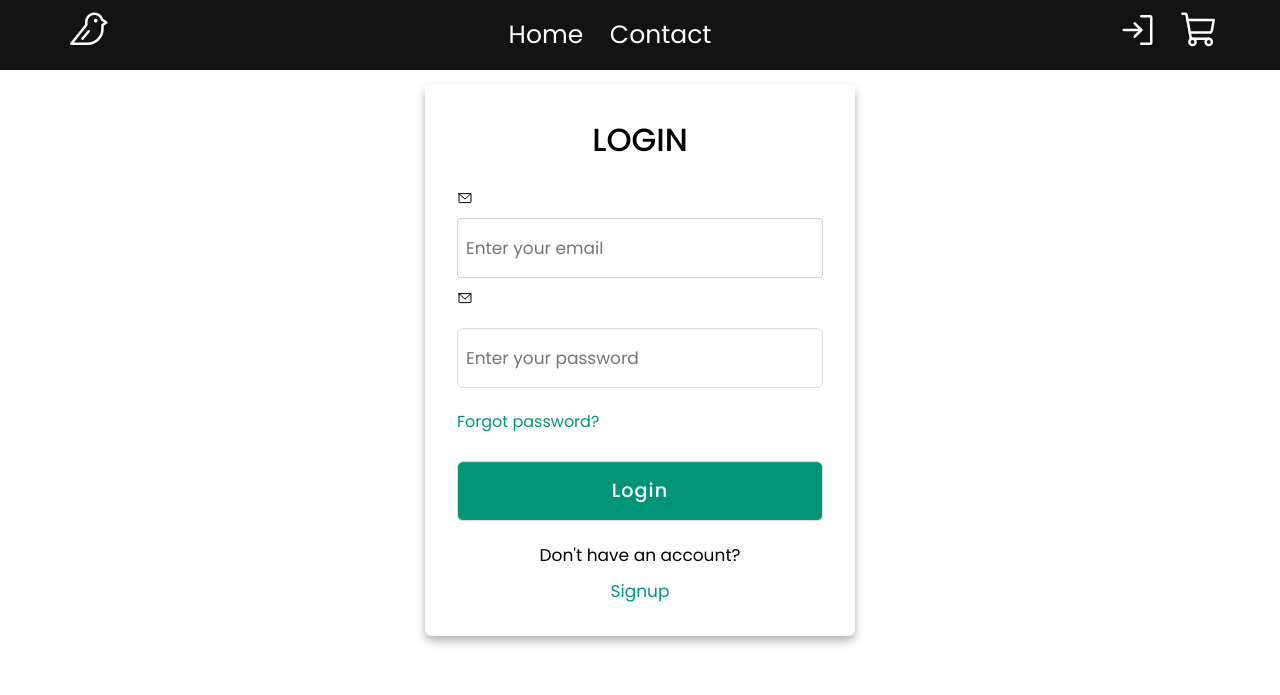
Repository: hoangdanh2/swp301
Page: /register
These files come from the project's save history. The page is drawn as it stood at one moment and after the next save; the edit follows.
The browser window is 1280 px wide. The pictures show the whole page.
The project was rebuilt for these pictures with package versions that can differ from the ones it lists, and the page was loaded fresh each time. Also part of the build but not shown: src/pages/shop/product.jsx, src/pages/shop/shop.css, src/pages/shop/shop.jsx, src/pages/contact/contact.jsx, src/pages/cart/cart-item.jsx, src/pages/cart/cart.css, src/pages/cart/cart.jsx.

Above is the page before, as saved 2023-05-29 11:01:42.

After the next save:
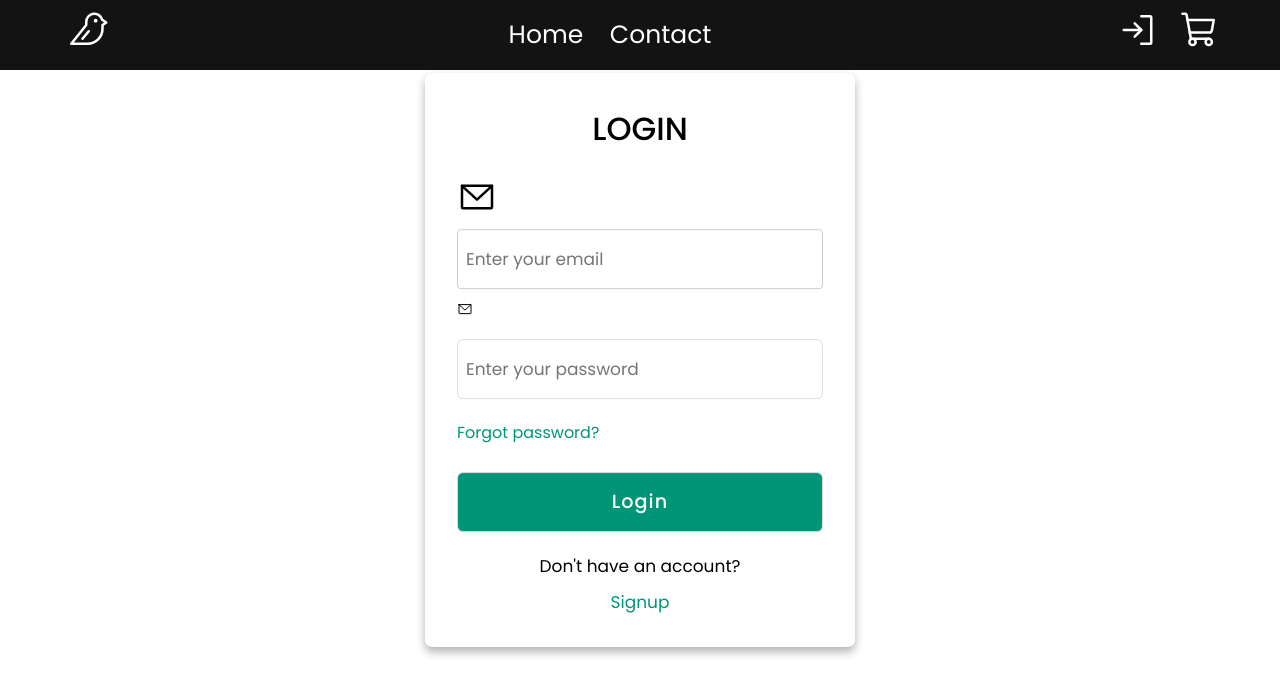
Saved 4 min 36 s later.
--- a/src/pages/register/register.jsx
+++ b/src/pages/register/register.jsx
@@ -10,7 +10,7 @@ export const Register = () => {
       <header>LOGIN</header>
       <form action="#">
         <div className="login-form">
-        <span className="icon-login"><EnvelopeSimple></EnvelopeSimple></span>
+        <span className="icon-login"><EnvelopeSimple size={40}></EnvelopeSimple></span>
         <input type="text" placeholder="Enter your email" required></input>
         <span className="icon-login"><EnvelopeSimple></EnvelopeSimple></span>
         <input type="password" placeholder="Enter your password" required></input>
